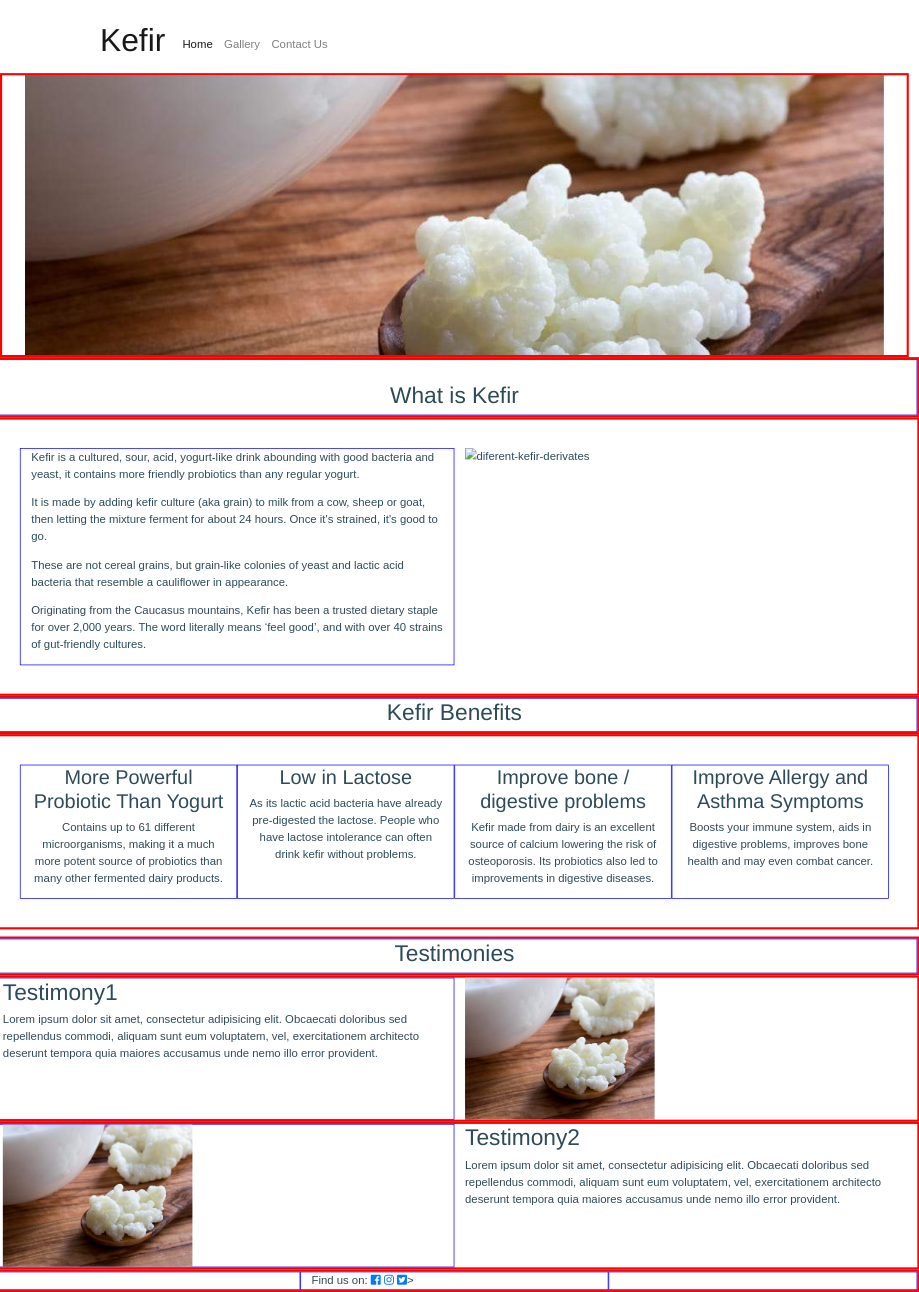
Repository: Code-Institute-Submissions/andna5980-kefir-repo_JuneResub
Page: index.html
The author's editor kept a copy of each file at every save. The page is drawn from the files as they stood at one save, then again after the next save.
The browser window is 1280 px wide. The page is 1295 px wide, so the pictures cover 1295 px, including what lies to the right of the window. The pictures show the whole page, at 71% of full size.
Some web fonts or font styles are not loaded; a fallback is used. Some web libraries are served in a nearby version.

Above is the page before, as saved 2021-03-01 21:17:43.

### index.html
<!DOCTYPE html>
<html lang="en-US">

<head>
  <meta charset="UTF-8">
  <meta name="viewport" content="width=device-width, initial-scale=1.0">
  <meta name="author" content="Andres Navarrete">
  <meta name="description"
    content="Kefir, meet the power of nature. Bring the right knowledge and the best recipes from mother nature">
  <meta name="keywords" content="Kefir, recipes, natural-products, home-made, organic, healthy">
  <title>KEFIR | MEET THE POWER OF NATURE</title>
  <link rel="stylesheet" href="https://cdn.jsdelivr.net/npm/bootstrap@4.5.3/dist/css/bootstrap.min.css"
    integrity="sha384-TX8t27EcRE3e/ihU7zmQxVncDAy5uIKz4rEkgIXeMed4M0jlfIDPvg6uqKI2xXr2" crossorigin="anonymous">
  <link rel="stylesheet" href="https://use.fontawesome.com/releases/v5.6.3/css/all.css"
    integrity="sha384-UHRtZLI+pbxtHCWp1t77Bi1L4ZtiqrqD80Kn4Z8NTSRyMA2Fd33n5dQ8lWUE00s/" crossorigin="anonymous">
  <link href="./assets/styles/style.css" rel="stylesheet">
</head>

<body>
  <!--------------------Main-Header-------------------------------------->
  <header>
    <nav class="navbar navbar-expand-md navbar-light">
      <a class="navbar-brand" href="#">Kefir</a>
      <button class="navbar-toggler" type="button" data-toggle="collapse" data-target="#navbarNav"
        aria-controls="navbarNav" aria-expanded="false" aria-label="Toggle navigation">
        <span class="navbar-toggler-icon"></span>
      </button>
      <div class="collapse navbar-collapse" id="navbarNav">
        <ul class="navbar-nav">
          <li class="nav-item active">
            <a class="nav-link" href="#">Home <span class="sr-only">(current)</span></a>
          </li>
          <li class="nav-item">
            <a class="nav-link" href="#">Gallery</a>
          </li>
          <li class="nav-item">
            <a class="nav-link" href="#">Contact Us</a>
          </li>

        </ul>
      </div>
    </nav>
  </header>

  <!--------------------Hero-IMAGE--------------------- ----------------->

  <div class="test-red container-hero">
    <div class="hero-image col-12"></div>
  </div>


  <!--------------------What-is-kefir-------------------------------------->

  <section>
    <div class="test-red row">
      <div class="welcome-text test-blue col-12">
        <h2>What is Kefir</h2>
      </div>
    </div>

    <div class="kefir-description test-red row">
      <div class="test-blue col-12 col-sm-6 ">
        <p>Kefir is a cultured, sour, acid, yogurt-like drink abounding with good bacteria and yeast, it contains
          more friendly probiotics than any regular yogurt.</p>
      <p>It is made by adding kefir culture (aka grain) to milk from a cow, sheep or goat, then letting the
          mixture ferment for about 24 hours. Once it's strained, it's good to go.</p>
      <p>These are not cereal grains, but grain-like colonies of yeast and lactic acid bacteria that resemble a
          cauliflower in appearance.</p>
      <p>Originating from the Caucasus mountains, Kefir has been a trusted dietary staple for over 2,000 years.
          The word literally means ‘feel good’, and with over 40 strains of gut-friendly cultures.</p>
      </div>

      <div class="col-12 col-sm-6">
        <img src="" alt="diferent-kefir-derivates" height="200">
      </div>
    </div>

  </section>


  <!--------------------Kefir-benefits-------------------------------------->

  <section class="benefits-title">
    <div class="test-red row ">
      <div class=" test-blue col-12">
        <h2>Kefir Benefits</h2>
      </div>
    </div>

    <div class="test-red row benefits-row">
      <div class="test-blue benefits-box col-12 col-sm-6 col-md-3">
        <h3>More Powerful Probiotic Than Yogurt</h3>
        <p>Contains up to 61 different microorganisms, making it a much
          more potent source of probiotics than many other fermented dairy products.
        </p>
      </div>
      <div class="test-blue col-12 col-sm-6 col-md-3">
        <h3>Low in Lactose </h3>
        <p>As its lactic
          acid bacteria have already pre-digested the lactose. People who have lactose
          intolerance can often drink kefir without problems.
        </p>

      </div>
      <div class="test-blue col-12 col-sm-6 col-md-3">
        <h3>Improve bone / digestive problems </h3>
        <p>Kefir made from dairy is an excellent source of calcium lowering the risk of osteoporosis. Its probiotics
          also led to improvements in digestive diseases.
        </p>
      </div>
      <div class="test-blue col-12 col-sm-6 col-md-3">
        <h3>Improve Allergy and Asthma Symptoms</h3>
        <p>Boosts your immune system, aids in digestive problems, improves bone health and may even combat cancer.
        </p>
      </div>
    </div>
  </section>

  <!--------------------Testimonies-------------------------------------->

  <section>
    <div class="testimonies-title test-red row">
      <div class=" test-blue col-12">
        <h2>Testimonies</h2>
      </div>
    </div>

    <div class=" test-red row">
      <div class="test-blue col-12 col-sm-6">
        <h2>Testimony1</h2>
        <p>Lorem ipsum dolor sit amet, consectetur adipisicing elit. Obcaecati doloribus sed repellendus commodi,
          aliquam sunt eum voluptatem, vel, exercitationem architecto deserunt tempora quia maiores accusamus
          unde nemo illo error provident.</p>
      </div>

      <div class="col-12 col-sm-6">
        <img src="../src/assets/images/milk-kefir-grains-spoon_1024x1024.jpg" alt="kefir-products" height="200">
      </div>
    </div>

    <div class="test-red row">

      <div class="test-blue col-12 col-sm-6 order-1 order-xs-2">
        <img src="../src/assets/images/milk-kefir-grains-spoon_1024x1024.jpg" alt="kefir-products" height="200">
      </div>
      <div class="col-12 col-sm-6 order-2 order-xs-1">
        <h2>Testimony2</h2>
        <p>Lorem ipsum dolor sit amet, consectetur adipisicing elit. Obcaecati doloribus sed repellendus commodi,
          aliquam sunt eum voluptatem, vel, exercitationem architecto deserunt tempora quia maiores accusamus
          unde nemo illo error provident.</p>
      </div>
    </div>
  </section>

</body>

<footer>
  <div class="test-red row">
    <div class="test-blue col-4 "></div>
    <div class="test-blue col-4">
      <span>Find us on:</span>
      <a href="http://facebook.com" target="_blank"><i class="fab fa-facebook-square"></i></a>

      <a href="http://instagram.com" target="_blank"><i class="fab fa-instagram"></i></a>

      <a href="http://twitter.com" target="_blank"><i class="fab fa-twitter-square"></i></a>>
    </div>
    <div class="test-blue col-4"></div>
  </div>
</footer>
<!--
<nav class="navbar fixed-bottom navbar-light bg-light">
  <div class="container-fluid">
    <a class="navbar-brand" href="#">Fixed bottom</a>
  </div>
</nav> -->









<script src="https://code.jquery.com/jquery-3.2.1.slim.min.js"
  integrity="sha384-KJ3o2DKtIkvYIK3UENzmM7KCkRr/rE9/Qpg6aAZGJwFDMVNA/GpGFF93hXpG5KkN" crossorigin="anonymous"></script>
<script src="https://cdnjs.cloudflare.com/ajax/libs/popper.js/1.12.9/umd/popper.min.js"
  integrity="sha384-ApNbgh9B+Y1QKtv3Rn7W3mgPxhU9K/ScQsAP7hUibX39j7fakFPskvXusvfa0b4Q" crossorigin="anonymous"></script>
<script src="https://maxcdn.bootstrapcdn.com/bootstrap/4.0.0/js/bootstrap.min.js"
  integrity="sha384-JZR6Spejh4U02d8jOt6vLEHfe/JQGiRRSQQxSfFWpi1MquVdAyjUar5+76PVCmYl" crossorigin="anonymous"></script>

</html>

### assets/styles/style.css
@import url('https://fonts.googleapis.com/css2?family=Amatic+SC&family=Caveat+Brush&display=swap');

/*.container {
    margin: 15px;
}
*/

body {
    font-family: Arial, Helvetica, sans-serif;
    color: #2F4B58;
    max-width: 1500px;
}

h1, h2, h3 ,h4 {
    font-family:  Caveat Brush, Helvetica, sans-serif;
    color: #2F4B58;
}


/*----------------------BORDER ROWS AND COLUMNS----------*/

.test-red {
    border: 3px solid red
}

.test-blue {
    border:1px solid blue
}


/*-----------------------Header ----------*/

.navbar-brand {
    float: left;
    color: #2F4B58;
    font-family:  Caveat Brush, Helvetica, sans-serif;
    font-size: 280%;
    margin-left: 10%;
    margin-top: 10px;
}

.navbar-nav {
    float: right;
}

.navbar-nav li a{
    margin-top: 20px;
    color: #2F4B58;
}


.navbar-toggler {
    border: 2px solid #2F4B58;
    color: #2F4B58;
}

/*
.navbar-toggler.icon{

}
*/





.menu a {
    text-decoration: none;
    color: #2F4B58;
}

.menu  {
list-style-type: none;
margin-right: 5%;
margin-top: 30px; /* CHAPUZA  */
word-spacing: 5px;
}

.menu ul {
    float:right;
    margin-left: 10px;
}

.menu li {
    list-style-type: none;
    display: inline-flex;
}


/*-----------------------Hero-image ----------*/

.container-hero {
    height: 400px;
    overflow: hidden;
}

.hero-image {
    height: 400px;
    width: 100%;
    background: url(../images/milk-kefir-grains-spoon_1024x1024.jpg) no-repeat center;
    animation-name: hero-zoom;
    animation-duration: 4s;
    animation-fill-mode: forwards;
}

/*------Animation of the Hero image-------*/

@keyframes hero-zoom {
    from{
        transform: scale(1);
    }
    to{
        transform: scale(1.2);
    }
}

/*-----------------------What-is-kefir-are----------*/

.welcome-text {
    text-align: center;
    margin: 25px, 0;
    padding-top: 30px;
}

.kefir-description{
    padding: 40px;
}




/*-----------------------kefir-benefits-area----------*/

.benefits-title {
    text-align: center;
    margin: 30px, 0;

}

.benefits-row {
    padding: 40px;
}




/*-----------------------testimonies----------*/
.testimonies-title {
    text-align: center;
    margin: 25px, 0;
    margin-top: 10px;
}

After the next save:
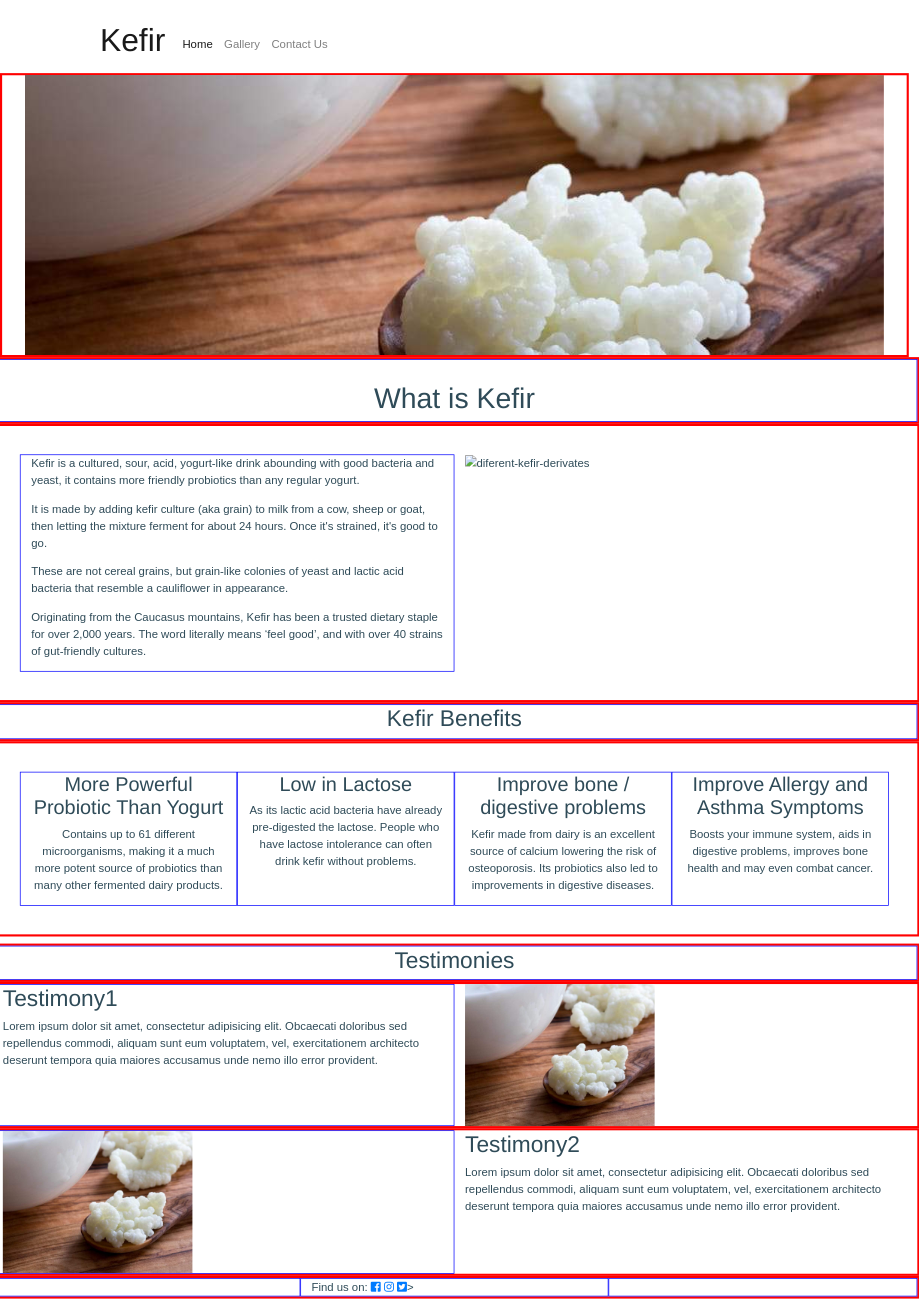
Saved 11 s later.
--- a/index.html
+++ b/index.html
@@ -54,7 +54,7 @@
   <section>
     <div class="test-red row">
       <div class="welcome-text test-blue col-12">
-        <h2>What is Kefir</h2>
+        <h1>What is Kefir</h1>
       </div>
     </div>
 
